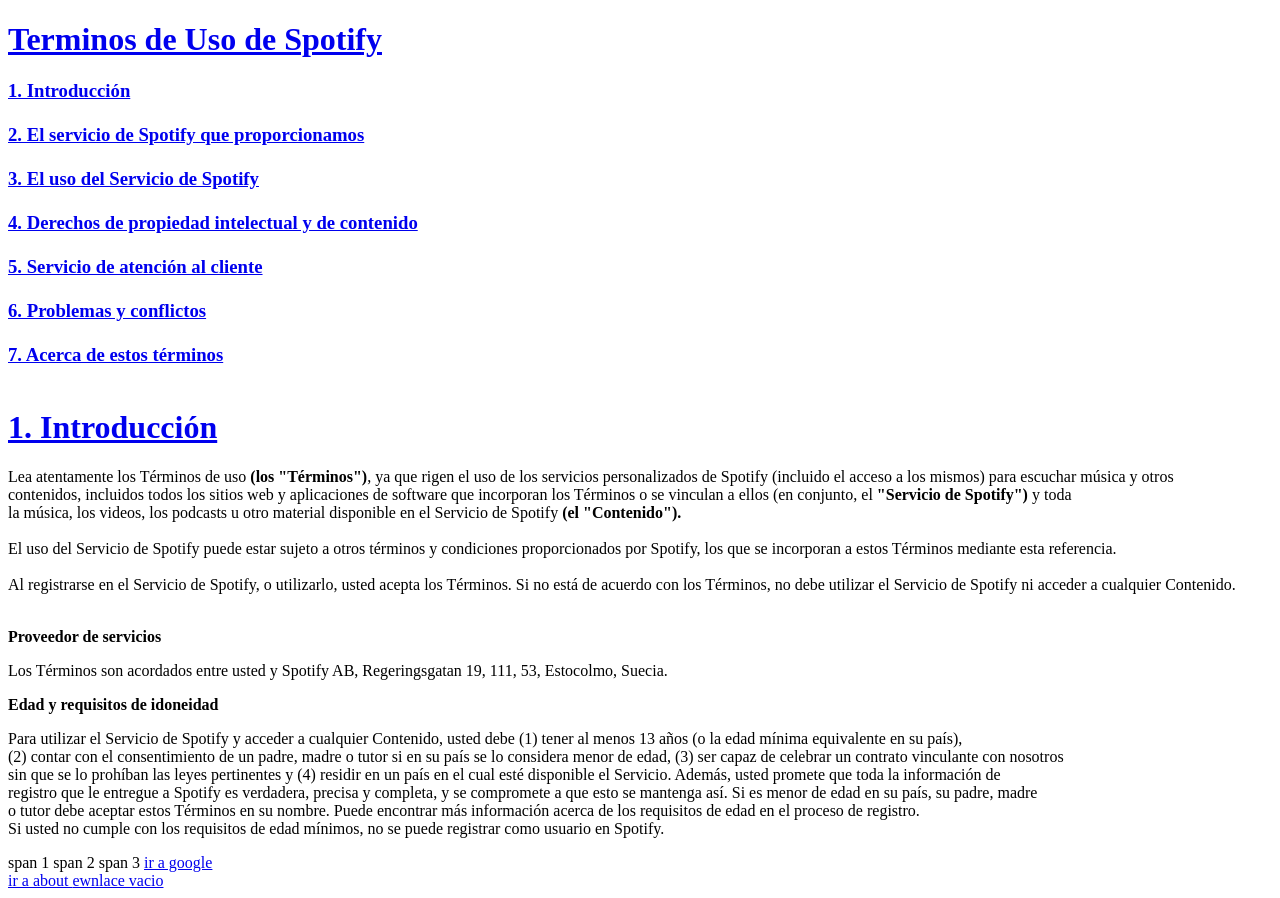
Repository: Devbenitez/Gen_30
Page: Gen_30/maquetado/index.html
The author's editor kept a copy of each file at every save. The page is drawn from the files as they stood at one save, then again after the next save.
The browser window is 1280 px wide. The pictures show the whole page.

Above is the page before, as saved 2023-10-31 04:32:38.

After the next save:
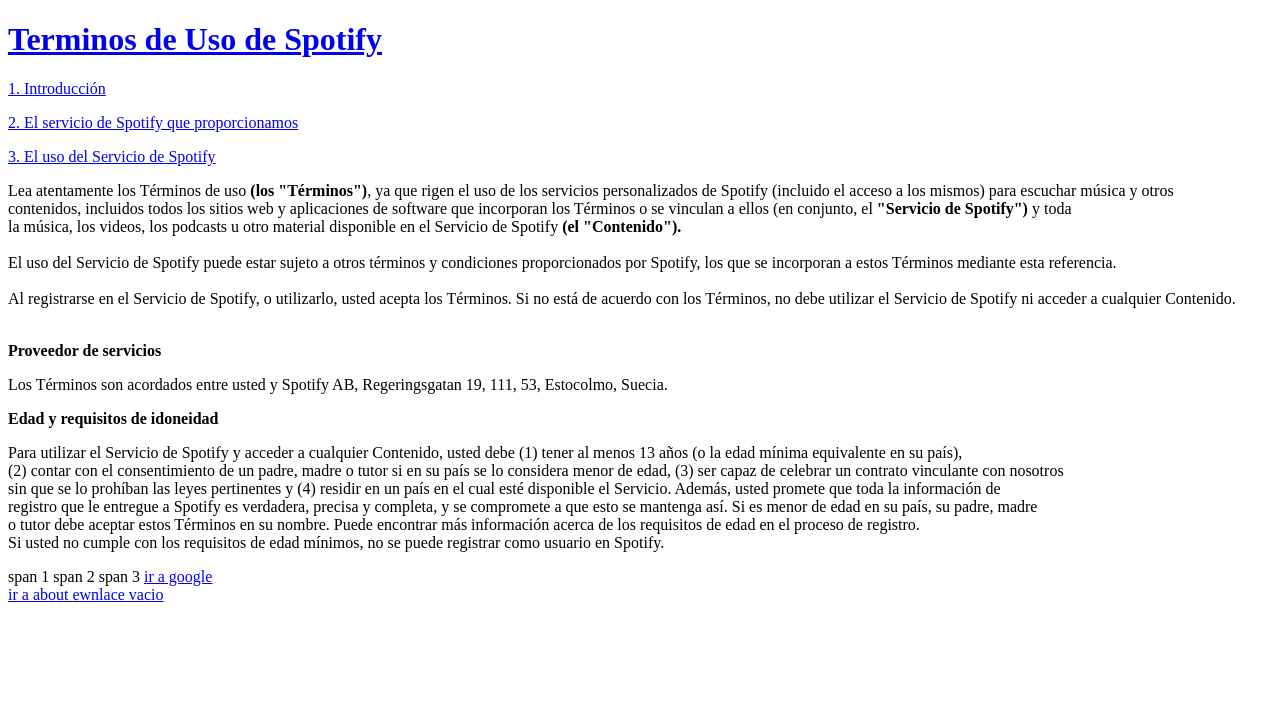
Saved 32 min 10 s later.
--- a/Gen_30/maquetado/index.html
+++ b/Gen_30/maquetado/index.html
@@ -17,42 +17,18 @@
     <main>
       <!--  etiquetas de texto -->
       <h1>
-        <a href="#1. Introducción"> Terminos de Uso de Spotify</a></h1>
+        <a id= "Terminos de Uso de Spotify" href="#Terminos de Uso de Spotify"> Terminos de Uso de Spotify</a>
+    </h1>
 
-      <h3>
+      <p>
         <a href="#1. Introducción">1. Introducción</a>
-        <br />
-        <br />
+        </p>
+      <p>
         <a href="#2. El servicio de Spotify que proporcionamos">2. El servicio de Spotify que proporcionamos</a>
-        <br />
-        <br />
+        </p>
+      <p>
         <a href="#3. El uso del Servicio de Spotify">3. El uso del Servicio de Spotify</a>
-        <br />
-        <br />
-        <a href="#4. Derechos de propiedad intelectual y de contenido">4. Derechos de propiedad intelectual y de contenido</a>
-        <br />
-        <br />
-        <a href="#5. Servicio de atención al cliente">5. Servicio de atención al cliente</a>
-        <br />
-        <br />
-        <a href="#6. Problemas y conflictos">6. Problemas y conflictos</a>
-        <br />
-        <br />
-        <a href="#7. Acerca de estos términos">7. Acerca de estos términos</a>
-        <br />
-        <br />
-      </h3>
-      <h1>
-        <a href="#"> 1. Introducción</a></h1>
-        <section id="#1. Introducción"> </section>
-        <section id="#2. El servicio de Spotify que proporcionamos"> </section>
-        <section id="#3. El uso del Servicio de Spotify"> </section>
-        <section id="#4. Derechos de propiedad intelectual y de contenido"> </section>
-        <section id="#5. Servicio de atención al cliente"> </section>
-        <section id="#6. Problemas y conflictos"> </section>
-        <section id="#7. Acerca de estos términos"> </section>
-
-
+        </p>
 
       <!-- parrafos -->
       <p>
